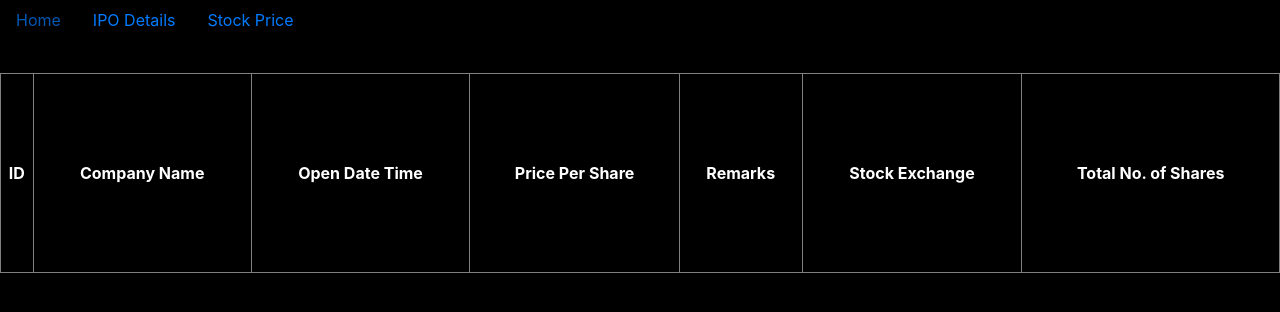
Repository: Gurudutt-S/cts-training
Page: http://localhost/StockExchangeChartingWeb/WEB-INF/views/ipoDetails.jsp
An editor plug-in stored every save of this project. The page is shown before and after the next save, followed by the edit.
The browser window is 1280 px wide. The pictures show the whole page.
The page is served by Tomcat 9. Nobody is signed in. The template is opened directly, without the code that normally fills it, so the values that code supplies are empty.

Above is the page before, as saved 2020-02-11 10:44:22.
Console error (its wording comes from the project's code and is left out).

After the next save:
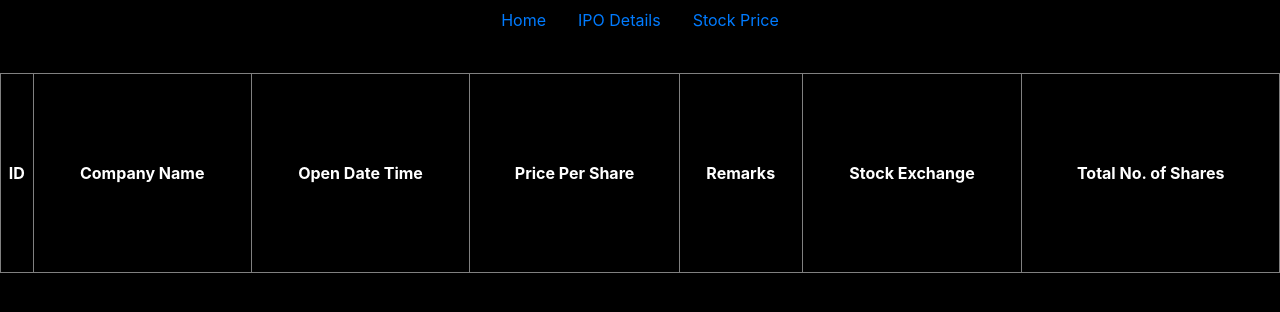
Saved 42 s later.
--- a/Day_35/StockExchangeChartingWeb/src/main/webapp/WEB-INF/views/header.jsp
+++ b/Day_35/StockExchangeChartingWeb/src/main/webapp/WEB-INF/views/header.jsp
@@ -14,8 +14,8 @@
 </head>
 <body style="color: white; background-color: black; text-align: center;">
 
-	<div class="justify-content-center">
-		<ul class="nav ">
+	<div>
+		<ul class="nav justify-content-center">
 			<li class="nav-item"><a href="home" class="nav-link">Home</a></li>
 			<li class="nav-item"><a href="ipoDetails" class="nav-link">IPO Details</a></li>
 			<li class="nav-item"><a href="stockPrice" class="nav-link">Stock Price</a></li>
